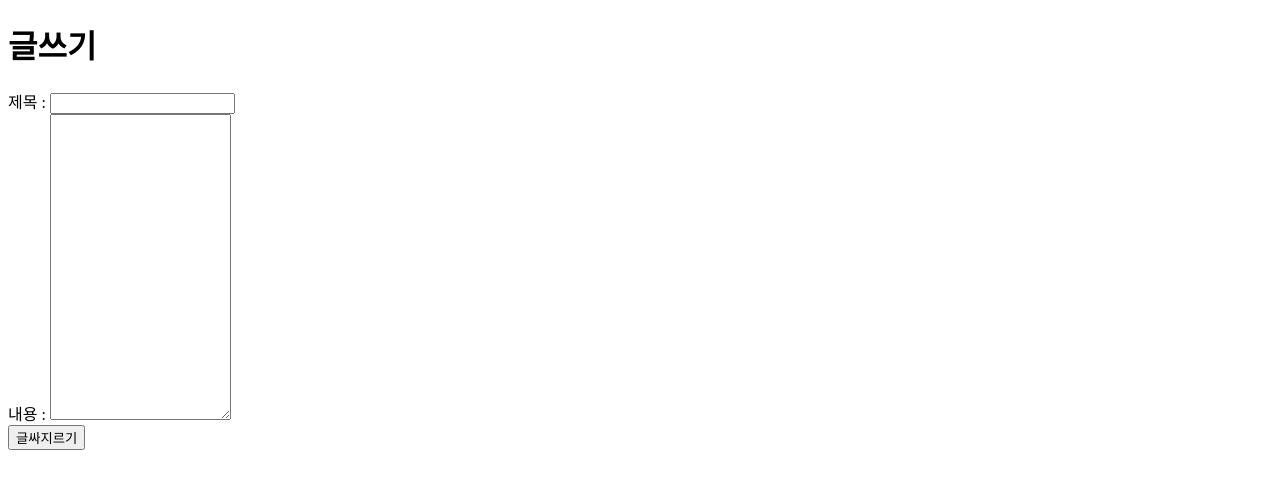
Repository: Bigdog93/WebworkspacePT
Page: http://localhost/BoardVer2/write
These files come from the project's save history. The page is drawn as it stood at one moment and after the next save; the edit follows.
The browser window is 1280 px wide. The pictures show the whole page.
The page is served by Tomcat 9. Other server files are loaded and not shown.

Above is the page before, as saved 2021-04-27 06:49:47.

### WebWorkSpace/BoardVer2/src/main/webapp/WEB-INF/jsp/write.jsp
<%@ page language="java" contentType="text/html; charset=UTF-8"
    pageEncoding="UTF-8"%>
<!DOCTYPE html>
<html>
<head>
<meta charset="UTF-8">
<title>Insert title here</title>
</head>
<body>
	<h1>글쓰기</h1>
	<form action="/write" method="post">
		<div>
			제목 : <input type="text" name="title">
		</div>
		<div>
			내용 : <textarea name="ctnt" rows="20" cols="20"></textarea>
		</div>
		<input type="submit" value="글싸지르기">
	</form>
</body>
</html>

### WebWorkSpace/BoardVer2/src/main/java/com/board/control/BoardWriteServlet.java
package com.board.control;

import java.io.IOException;

import javax.servlet.ServletException;
import javax.servlet.annotation.WebServlet;
import javax.servlet.http.HttpServlet;
import javax.servlet.http.HttpServletRequest;
import javax.servlet.http.HttpServletResponse;

import com.board.boardVO.BoardVO;
import com.board.boardVO.Database;


@WebServlet("/write")
public class BoardWriteServlet extends HttpServlet {
	private static final long serialVersionUID = 1L;

	protected void doGet(HttpServletRequest request, HttpServletResponse response) throws ServletException, IOException {

		String url = "/WEB-INF/jsp/write.jsp";
		request.getRequestDispatcher(url).forward(request, response);
	}


	protected void doPost(HttpServletRequest request, HttpServletResponse response) throws ServletException, IOException {
		request.setCharacterEncoding("UTF-8");
		String title = request.getParameter("title");
		String ctnt = request.getParameter("ctnt");

		BoardVO vo = new BoardVO(title, ctnt);

		Database.getList().add(vo);

		request.setAttribute("data", vo);

		response.sendRedirect("/list");

	}

}

### WebWorkSpace/BoardVer2/src/main/webapp/css/style.css
@charset "UTF-8";

body {
		background-color: pink;
}

table, th, td {
	border : 1px solid black;
	border-collapse : collapse;
	width : 600px;
	height : 100%;
}

After the next save:
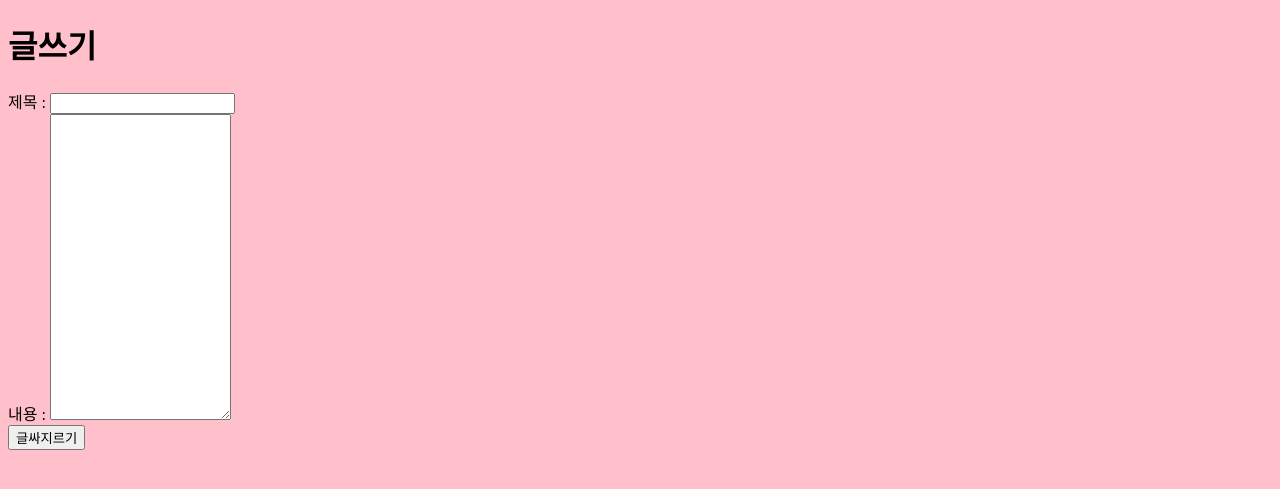
Saved 11 min 34 s later.
--- a/WebWorkSpace/BoardVer2/src/main/webapp/WEB-INF/jsp/write.jsp
+++ b/WebWorkSpace/BoardVer2/src/main/webapp/WEB-INF/jsp/write.jsp
@@ -5,6 +5,7 @@
 <head>
 <meta charset="UTF-8">
 <title>Insert title here</title>
+<link href="css/style.css" rel="stylesheet" type="text/css">
 </head>
 <body>
 	<h1>글쓰기</h1>
